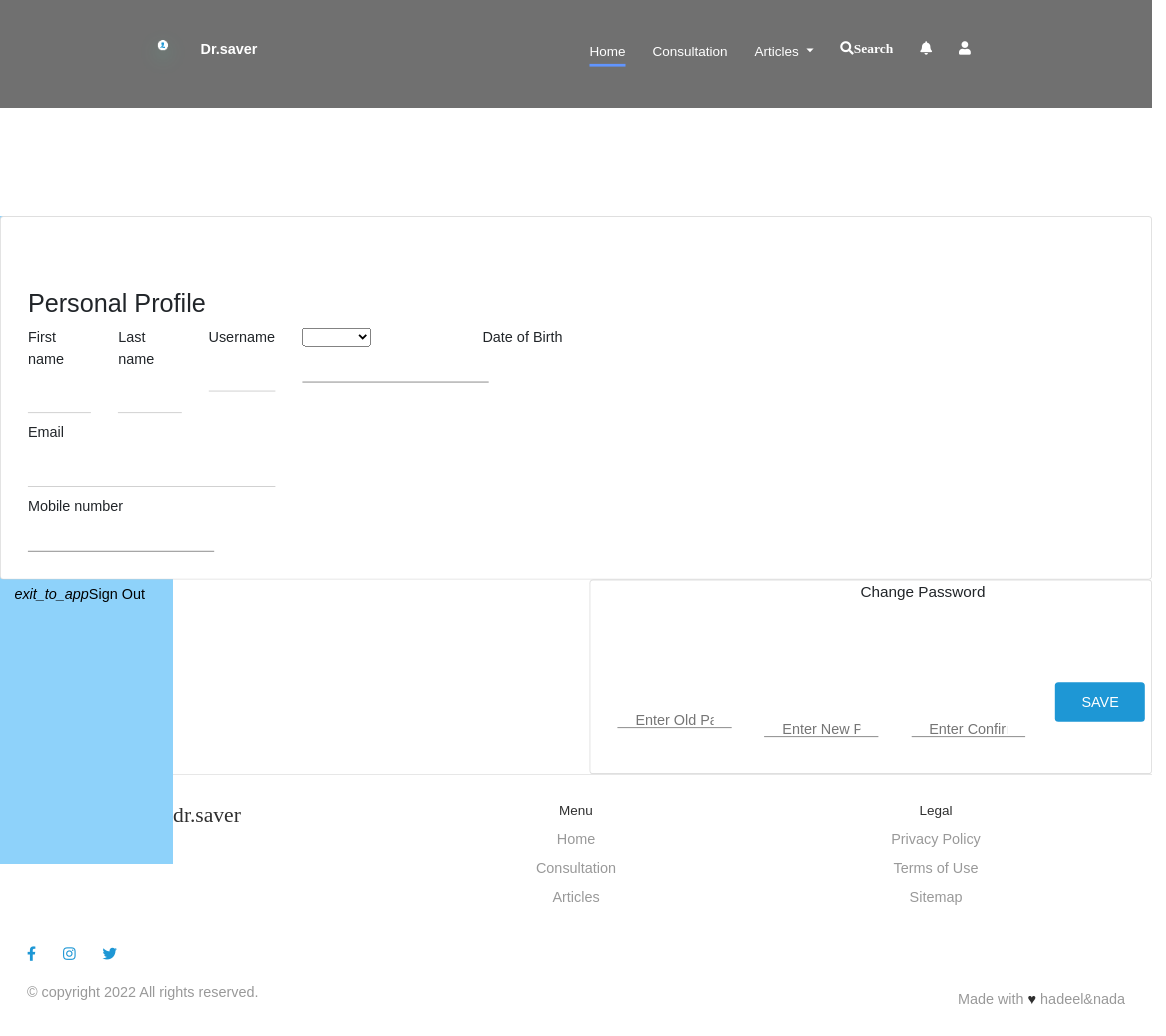
Repository: nsra/hadeel_doctor_system
Page: patient/Pprofile.html
The author's editor kept a copy of each file at every save. The page is drawn from the files as they stood at one save, then again after the next save.
The browser window is 1280 px wide. The page is 1295 px wide, then 1280 px, then 1295 px, so the pictures cover 1295 px, including what lies to the right of the window. The pictures show the whole page, at 90% of full size.
Some web fonts or font styles are not loaded; a fallback is used. Some web libraries are served in a nearby version.

Above is the page before, as saved 2022-03-25 14:37:04.

After the next save:
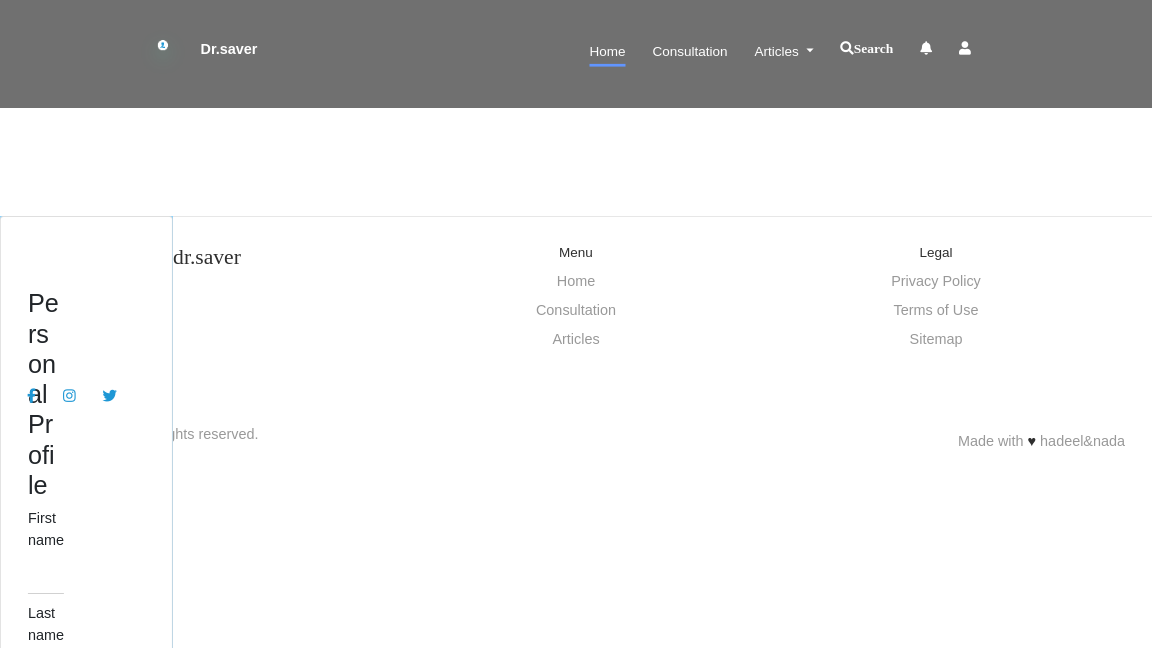
Saved 12 s later.
--- a/patient/Pprofile.html
+++ b/patient/Pprofile.html
@@ -90,7 +90,7 @@
         </div>
     </aside>
 
-        <main class="mn-inner sidebara">
+        <main class="mn-inner sidebar">
             <div class="row">
 
                 <div class="col s12 m12 l12">

After the save that followed:
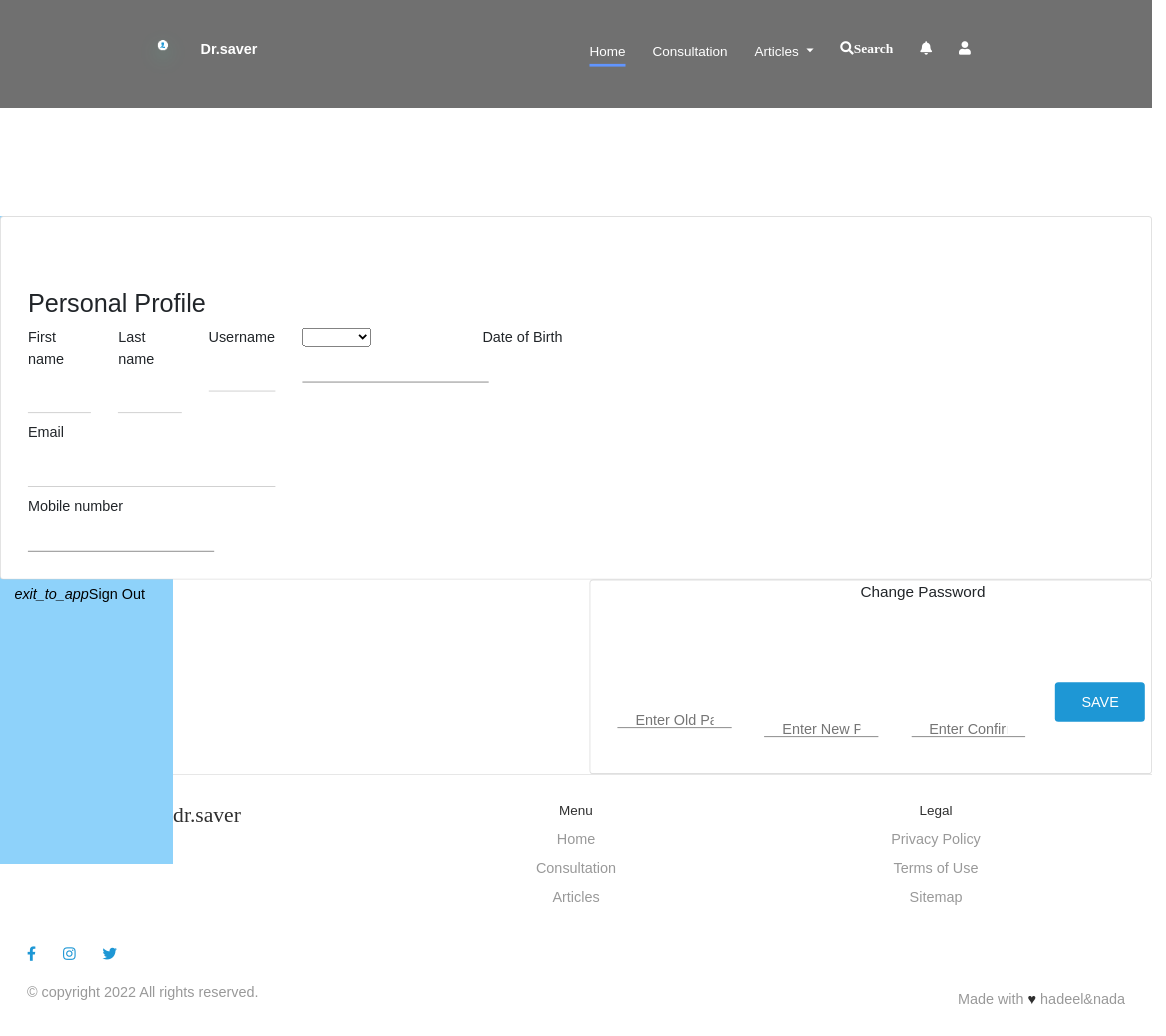
Saved 10 s later.
--- a/patient/Pprofile.html
+++ b/patient/Pprofile.html
@@ -90,7 +90,7 @@
         </div>
     </aside>
 
-        <main class="mn-inner sidebar">
+        <main class="mn-inner ">
             <div class="row">
 
                 <div class="col s12 m12 l12">
